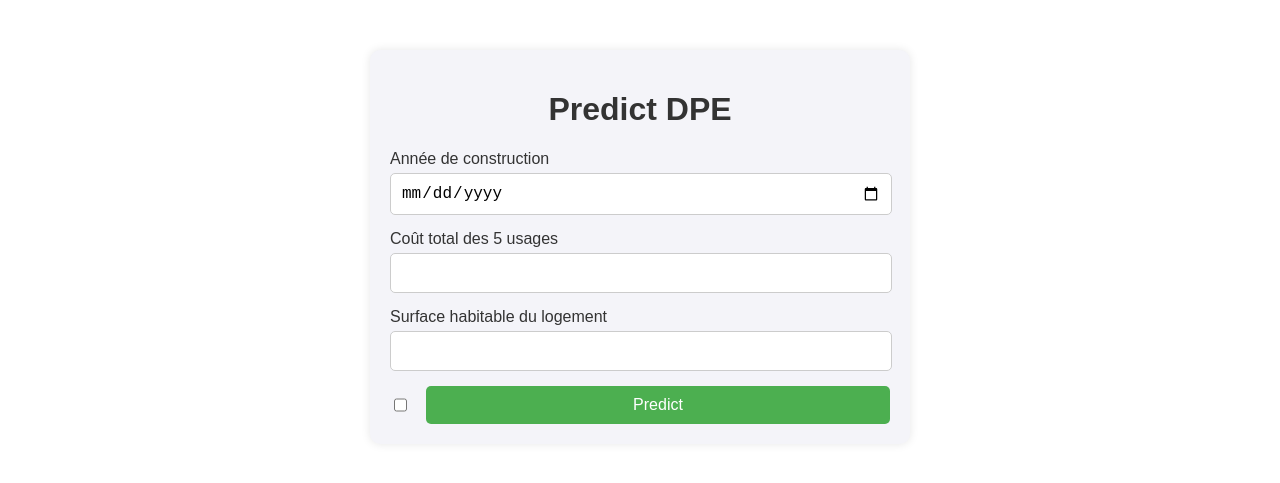
Repository: abdouAppcraft/Predict-DPE
Page: /
An editor plug-in stored every save of this project. The page is shown before and after the next save, followed by the edit.
The browser window is 1280 px wide. The pictures show the whole page.
The page's requests for data from a server got no answer. The project was rebuilt for these pictures with package versions that can differ from the ones it lists, and the page was loaded fresh each time. No one was signed in, and anything a server would have sent is missing. Also part of the build but not shown: src/screens/Result/Result.tsx.

Above is the page before, as saved 2024-06-11 16:31:20.

### src/App.tsx
import React from "react";
import PredictForm from "./screens/PredictForm/PredictForm";
import { createBrowserRouter, RouterProvider } from "react-router-dom";
import Result from "./screens/Result/Result";

const router = createBrowserRouter([
  {
    path: "/",
    Component: PredictForm,
  },
  {
    path: "/result",
    Component: Result,
  },
]);

const App: React.FC = () => {
  return (
    <>
      <RouterProvider router={router} />
    </>
  );
};

export default App;

### src/screens/PredictForm/PredictForm.tsx
import React, { useState } from "react";
import { useNavigate } from "react-router-dom";
import { useDpeOptions } from "../../hooks/useDpeOptions";
import "./PredictForm.css";
import strings from "../../strings/string";

type Field = {
  name: string;
  type: string;
};

const field: Field[] = [
  { name: "Annee_construction", type: "date" },
  { name: "Cout_total_5_usages", type: "number" },
  { name: "Surface_habitable_logement", type: "number" },
];

const advancedField: Field[] = [
  { name: "Qualite_isolation_enveloppe", type: "select" },
  { name: "Type_energie_principale_chauffage", type: "select" },
  { name: "Type_installation_chauffage", type: "select" },
  { name: "Code_postal_BAN", type: "address" },
  { name: "Conso_5_usages_e_finale", type: "number" },
  { name: "Conso_5_usagesm2_e_finale", type: "number" },
  { name: "Emission_GES_5_usages", type: "number" },
  { name: "Emission_GES_5_usages_par_m2", type: "number" },
  { name: "Cout_chauffage", type: "number" },
  { name: "Cout_ECS", type: "number" },
  { name: "Qualite_isolation_menuiseries", type: "select" },
];

const PredictForm: React.FC = () => {
  const [formData, setFormData] = useState<Record<string, any>>({});
  const [advancedOp, setAdvancedOp] = useState<boolean>(false);

  const [prediction, setPrediction] = useState<string | null>(null);
  const navigate = useNavigate();
  const options = useDpeOptions();

  console.log({ options });

  const handleChange = (
    e: React.ChangeEvent<HTMLInputElement | HTMLSelectElement>
  ) => {
    const { name, value, type } = e.target;
    if (type === "checkbox") {
      setFormData({
        ...formData,
        [name]: (e.target as HTMLInputElement).checked,
      });
    } else {
      setFormData({
        ...formData,
        [name]: value,
      });
    }
  };

  const handleSubmit = async (e: React.FormEvent) => {
    e.preventDefault();
    console.log("Form Data Submitted:", formData); // Ajoutez ce journal pour voir les données soumises
    try {
      // const response = await axios.post(
      //   "http://localhost:8000/predict/",
      //   formData
      // );
      // console.log("Prediction Response:", response.data); // Ajoutez ce journal pour voir la réponse
      // setPrediction(response.data.predicted_DPE);
      navigate("/result");
    } catch (error) {
      console.error("There was an error making the request:", error);
    }
  };

  const renderRow = (f: Field) => {
    switch (f.type) {
      case "select":
        return (
          <div className="form-group">
            <label>{strings[f.name as keyof typeof strings]}</label>
            <select
              name={f.name}
              value={formData[f.name]}
              onChange={handleChange}
              required
            >
              {options &&
                Object.hasOwn(options, f.name) &&
                options[f.name as keyof typeof options].map(
                  (option: string) => {
                    return <option>{option} </option>;
                  }
                )}
            </select>
          </div>
        );
        break;

      default:
        return (
          <>
            <div className="form-group">
              <label>{strings[f.name as keyof typeof strings]}</label>
              <input
                type={f.type}
                name={f.name}
                value={formData[f.name]}
                onChange={handleChange}
                required
              />
            </div>
          </>
        );
    }
  };

  return (
    <div className="predict-form">
      <h1>Predict DPE</h1>
      <form onSubmit={handleSubmit}>
        {/* <div className="form-group">
          <label>Surface habitable (m²):</label>
          <input
            type="number"
            name="Surface_habitable"
            value={formData.Surface_habitable}
            onChange={handleChange}
            required
          />
        </div>
        <div className="form-group">
          <label>Année de construction:</label>
          <input
            type="number"
            name="Annee_construction"
            value={formData.Annee_construction}
            onChange={handleChange}
            required
          />
        </div>
        <div className="form-group">
          <label>Type de chauffage:</label>
          <select
            name="Type_chauffage"
            value={formData.Type_chauffage}
            onChange={handleChange}
            required
          >
            <option value="">--Choisir--</option>
            <option value="électrique">Électrique</option>
            <option value="gaz">Gaz</option>
            <option value="fioul">Fioul</option>
            <option value="bois">Bois</option>
            <option value="autre">Autre</option>
          </select>
        </div>
        <div className="form-group">
          <label>Panneaux solaires:</label>
          <input
            type="checkbox"
            name="Panneaux_solaires"
            checked={formData.Panneaux_solaires}
            onChange={handleChange}
          />
        </div>
        <div className="form-group">
          <label>Nombre de pièces:</label>
          <input
            type="number"
            name="Nombre_pieces"
            value={formData.Nombre_pieces}
            onChange={handleChange}
            required
          />
        </div> */}
        {field.map((f) => renderRow(f))}

        {advancedOp && advancedField.map((f) => renderRow(f))}
        <div style={{ display: "flex", gap: "1rem" }}>
          <input
            type="checkbox"
            name="advancedField"
            checked={advancedOp}
            onChange={(e) => setAdvancedOp(!advancedOp)}
          />
          <button type="submit" className="submit-btn">
            Predict
          </button>
        </div>
      </form>
      {prediction && <h2>Predicted DPE: {prediction}</h2>}
    </div>
  );
};

export default PredictForm;

### src/hooks/useDpeOptions.tsx
import axios from "axios";
import { useEffect, useState } from "react";

type DPE_Options_Type = {
  Qualite_isolation_enveloppe: string[];
  Type_energie_principale_chauffage: string[];
  Type_installation_chauffage: string[];
  Qualite_isolation_menuiseries: string[];
};
export const useDpeOptions = () => {
  const [options, setOptions] = useState<DPE_Options_Type>();

  useEffect(() => {
    axios
      .get<DPE_Options_Type>("http://127.0.0.1:8000/dpe/options")
      .then((res) => {
        setOptions(res.data);
      });
  }, []);

  return options;
};

### src/screens/PredictForm/PredictForm.css
.predict-form {
    max-width: 500px;
    margin: 50px auto;
    padding: 20px;
    background-color: #f4f4f9;
    border-radius: 10px;
    box-shadow: 0 0 10px rgba(0, 0, 0, 0.1);
    font-family: Arial, sans-serif;
}

.predict-form h1 {
    text-align: center;
    color: #333;
}

.form-group {
    margin-bottom: 15px;
}

.form-group label {
    display: block;
    margin-bottom: 5px;
    color: #333;
}

.form-group input,
.form-group select {
    width: calc(100% - 20px);
    padding: 10px;
    border: 1px solid #ccc;
    border-radius: 5px;
    font-size: 16px;
}

.form-group input[type="checkbox"] {
    width: auto;
}

.submit-btn {
    width: 100%;
    padding: 10px;
    background-color: #4CAF50;
    color: white;
    border: none;
    border-radius: 5px;
    font-size: 16px;
    cursor: pointer;
    transition: background-color 0.3s ease;
}

.submit-btn:hover {
    background-color: #45a049;
}

h2 {
    text-align: center;
    color: #333;
    margin-top: 20px;
}

### src/strings/string.ts
const strings = {
  Annee_construction: "Année de construction",
  Cout_total_5_usages: "Coût total des 5 usages",
  Surface_habitable_logement: "Surface habitable du logement",
  Qualite_isolation_enveloppe: "Qualité de l'isolation de l'enveloppe",
  Type_energie_principale_chauffage: "Type d'énergie principale de chauffage",
  Type_installation_chauffage: "Type d'installation de chauffage",
  Code_postal_BAN: "Code postal BAN",
  Conso_5_usages_e_finale: "Consommation des 5 usages en énergie finale",
  Conso_5_usagesm2_e_finale:
    "Consommation des 5 usages par m² en énergie finale",
  Emission_GES_5_usages: "Émission de GES des 5 usages",
  Emission_GES_5_usages_par_m2: "Émission de GES des 5 usages par m²",
  Cout_chauffage: "Coût du chauffage",
  Cout_ECS: "Coût de l'ECS",
  Qualite_isolation_menuiseries: "Qualité de l'isolation des menuiseries",
};

export default strings;

Loaded but not shown: public/index.html (common file); src/index.tsx (common file); src/index.css (common file); src/reportWebVitals.ts (common file)

After the next save:
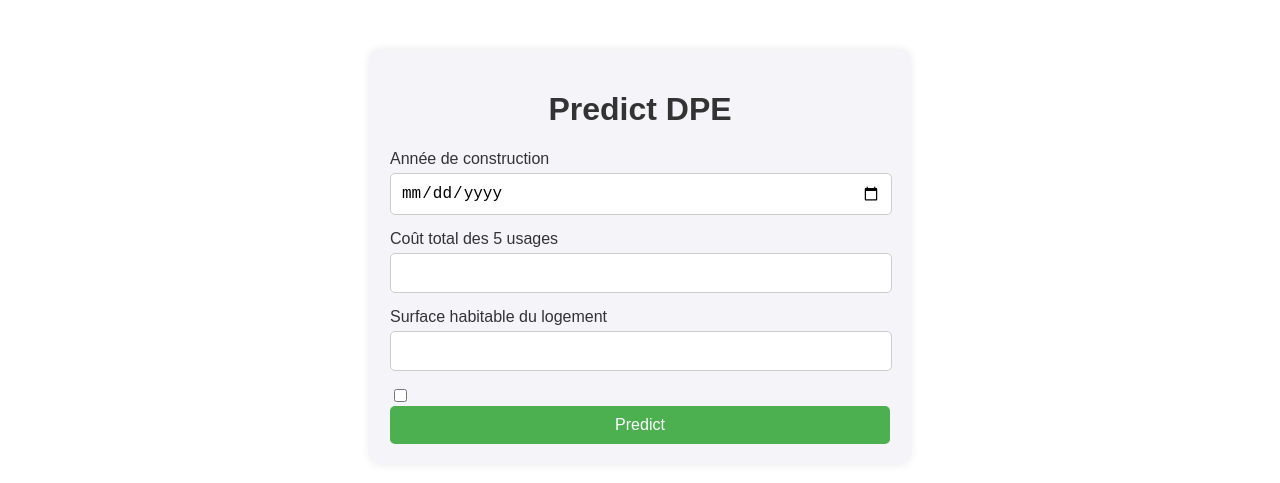
Saved 18 s later.
--- a/src/screens/PredictForm/PredictForm.tsx
+++ b/src/screens/PredictForm/PredictForm.tsx
@@ -174,19 +174,19 @@ const PredictForm: React.FC = () => {
           />
         </div> */}
         {field.map((f) => renderRow(f))}
-
-        {advancedOp && advancedField.map((f) => renderRow(f))}
-        <div style={{ display: "flex", gap: "1rem" }}>
+        <label>
+          {" "}
           <input
             type="checkbox"
             name="advancedField"
             checked={advancedOp}
             onChange={(e) => setAdvancedOp(!advancedOp)}
           />
-          <button type="submit" className="submit-btn">
-            Predict
-          </button>
-        </div>
+        </label>
+        {advancedOp && advancedField.map((f) => renderRow(f))}
+        <button type="submit" className="submit-btn">
+          Predict
+        </button>
       </form>
       {prediction && <h2>Predicted DPE: {prediction}</h2>}
     </div>
